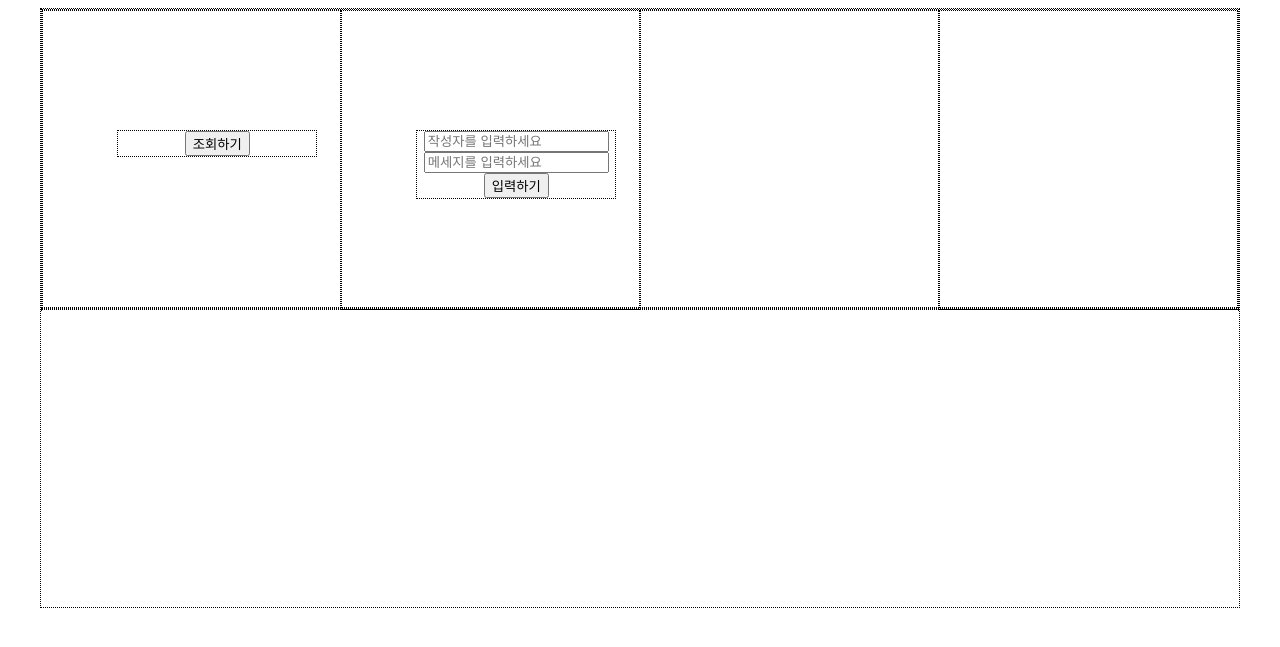
Repository: y2kim/workspace4
Page: MyBatisFramwork_07_12/WebContent/index.html
The author's editor kept a copy of each file at every save. The page is drawn from the files as they stood at one save, then again after the next save.
The browser window is 1280 px wide. The pictures show the whole page.

Above is the page before, as saved 2018-07-12 04:48:04.

### MyBatisFramwork_07_12/WebContent/index.html
<!DOCTYPE html>
<html>
<head>
<meta charset="UTF-8">
<title>myBatis FrontEnd</title>
<script src="https://code.jquery.com/jquery-3.3.1.js"></script>
	<style>
		div{
			border: 1px dotted black;
			box-sizing: border-box;
		}

		#wrapper{
			width: 1200px;
			height: 600px;
			margin: 0px auto;
		}


		#line1{
			width:100%;
			height: 50%;
		}

		.exam{
			float:left;
			width: 25%;
			height: 300px;
		}
		.exam div{
			text-align: center;
			width:200px;
			margin-left: 25%;
			margin-top: 40%;

		}

	</style>
	<script>
		$(document).ready(function() {
			$("#selectAll").click(function(){
				$(location).attr("href","select.do");
			})
		})
	</script>

</head>
<body>
	<div id="wrapper">
		<div id="line1">
			<div id="exam01" class="exam">
				<div>
					<button id="selectAll">조회하기</button>
				</div>
			</div>
			<div id="exam02" class="exam">
			<form action="insert.do" method="post">
				<div>
					<input type="text" placeholder="작성자를 입력하세요" name="writer"><br>
					<input type="text" placeholder="메세지를 입력하세요" name="contents"><br>
					<button>입력하기</button>
				</div>
			</form>
			</div>
			<div id="exam03" class="exam"></div>
			<div id="exam04" class="exam"></div>
		</div>
		<div id="line2">
		</div>
	</div>
</body>
</html>

After the next save:
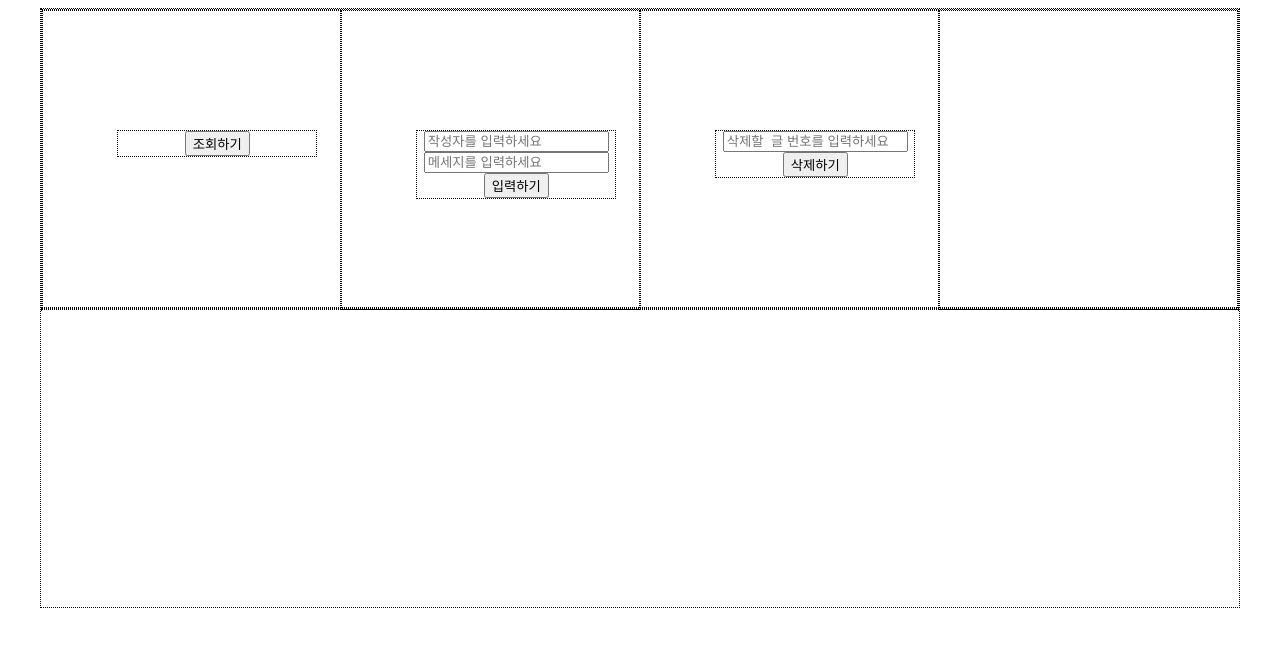
Saved 7 min 56 s later.
--- a/MyBatisFramwork_07_12/WebContent/index.html
+++ b/MyBatisFramwork_07_12/WebContent/index.html
@@ -62,7 +62,14 @@
 				</div>
 			</form>
 			</div>
-			<div id="exam03" class="exam"></div>
+			<div id="exam03" class="exam">
+				<form action="delete.do" method="post">
+				<div>
+					<input type="text" placeholder="삭제할  글 번호를 입력하세요" name="seq"><br>
+					<button>삭제하기</button>
+				</div>
+				</form>
+			</div>
 			<div id="exam04" class="exam"></div>
 		</div>
 		<div id="line2">
